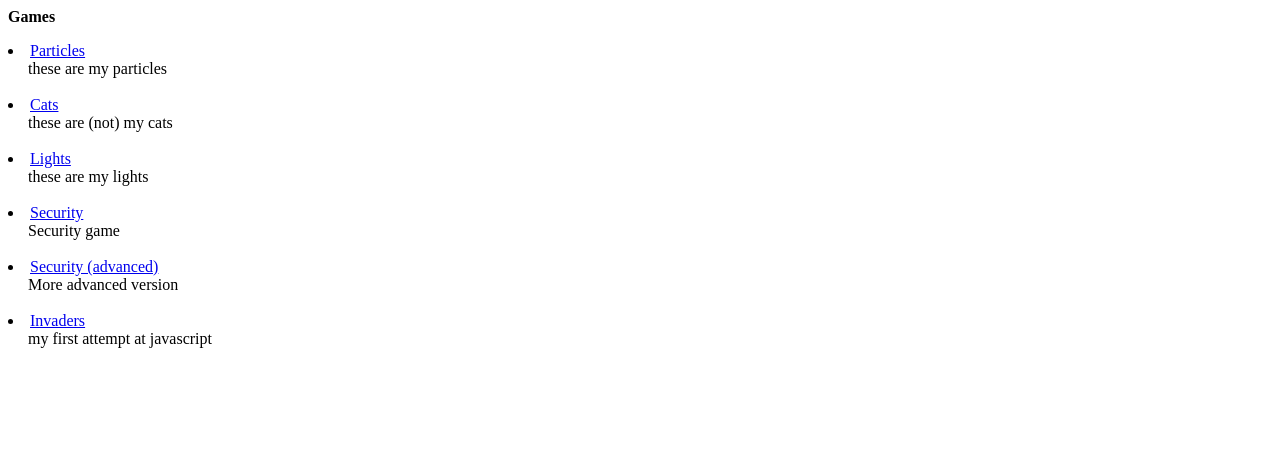
Repository: StevenZsombo/games
Page: docs/index.html
The author's editor kept a copy of each file at every save. The page is drawn from the files as they stood at one save, then again after the next save.
The browser window is 1280 px wide. The pictures show the whole page.

Above is the page before, as saved 2025-07-03 11:21:02.

After the next save:
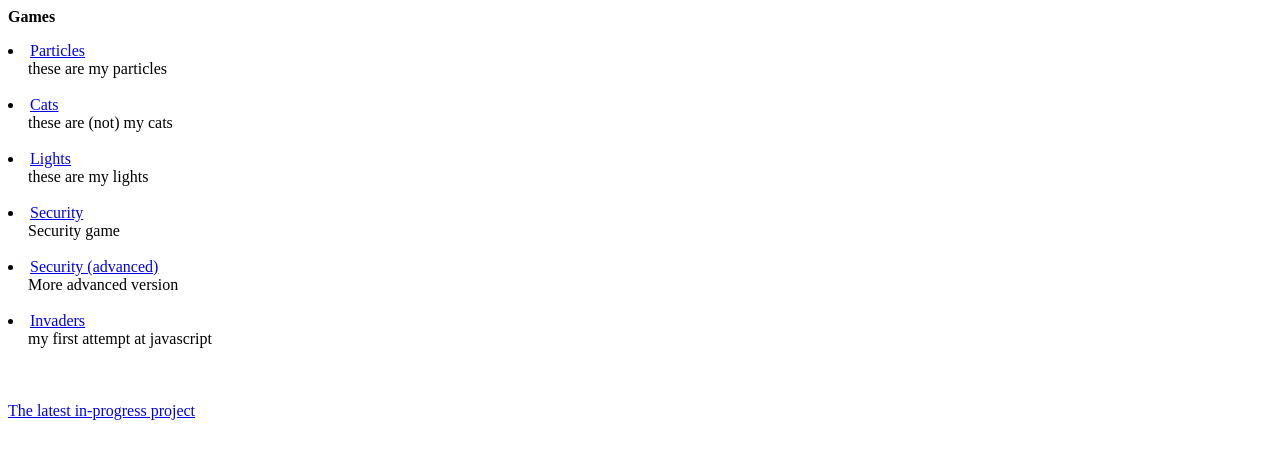
Saved 18 s later.
--- a/docs/index.html
+++ b/docs/index.html
@@ -11,7 +11,7 @@
 <script>
     {
         const data = { //tag: [path, name, txt]
-            particles: ["particles.html", "Particles", "these are my particles"],
+            particles: ["particles/particles.html", "Particles", "these are my particles"],
             cats: ["cats/cats.html", "Cats", "these are (not) my cats"],
             lights: ["lights/index.html", "Lights", "these are my lights"],
             sec1: ["security1/index.html", "Security", "Security game"],
@@ -33,6 +33,10 @@
             addToList(path, name, txt)
         }
 
+        document.body.insertAdjacentHTML("beforeend",
+            `<br><br><a href="template.html">The latest in-progress project </a>`
+        )
+
     }
 </script>
 
